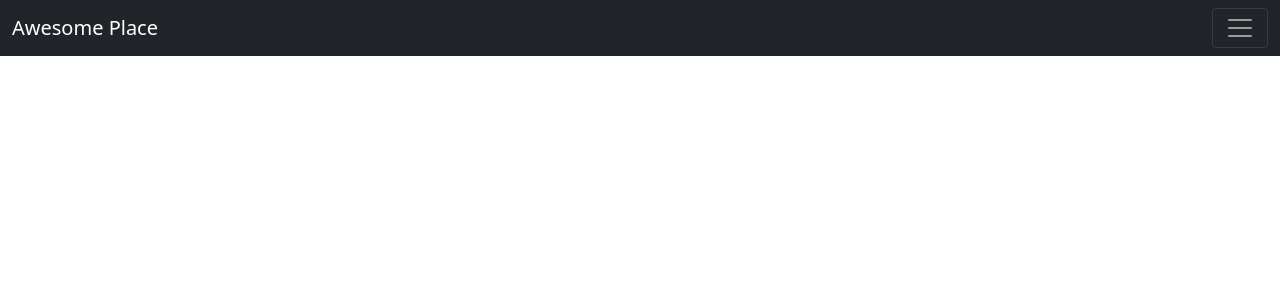
Repository: sikim0629/AwesomePlace
Page: http://localhost/awesomePlace/main.jsp
The author's editor kept a copy of each file at every save. The page is drawn from the files as they stood at one save, then again after the next save.
The browser window is 1280 px wide. The pictures show the whole page.
The page is served by Tomcat 9. Nobody is signed in. The application's start-up code is not run. Other server files are loaded and not shown.

Above is the page before, as saved 2021-11-12 09:50:42.

### awesomePlace/WebContent/main.jsp
<%@ page language="java" contentType="text/html; charset=UTF-8"
    pageEncoding="UTF-8"%>
<!DOCTYPE html>
<html>
<head>
<meta charset="UTF-8">
<title>Insert title here</title>
</head>
<body>
<%@ include file = "/header.jsp" %>



<%@ include file = "/footer.jsp" %>

</body>
</html>

### awesomePlace/WebContent/header.jsp
<%@ page language="java" contentType="text/html; charset=UTF-8"
    pageEncoding="UTF-8"%>
<!doctype html>
<html lang="en">
  <head>
    <!-- Required meta tags -->
    <meta charset="utf-8">
    <meta name="viewport" content="width=device-width, initial-scale=1">

    <!-- Bootstrap CSS -->
    <link href="https://cdn.jsdelivr.net/npm/bootstrap@5.1.3/dist/css/bootstrap.min.css" rel="stylesheet" integrity="sha384-1BmE4kWBq78iYhFldvKuhfTAU6auU8tT94WrHftjDbrCEXSU1oBoqyl2QvZ6jIW3" crossorigin="anonymous">

    <title>어썸플레이스</title>
  </head>
  <body>
	<nav class="navbar navbar-dark bg-dark">
  		<div class="container-fluid">
    		<a class="navbar-brand" href="/index.html">Awesome Place</a>
    		<button class="navbar-toggler" type="button" data-bs-toggle="collapse" data-bs-target="#navbarNavDropdown" aria-controls="navbarNavDropdown" aria-expanded="false" aria-label="Toggle navigation">
      			<span class="navbar-toggler-icon"></span>
    		</button>
	    <div class="collapse navbar-collapse" id="navbarNavDropdown">
	      <ul class="navbar-nav">
	        <li class="nav-item dropdown">
	          <a class="nav-link dropdown-toggle" href="#" id="navbarDropdownMenuLink" role="button" data-bs-toggle="dropdown" aria-expanded="false">
	            INTRODUCE
	          </a>
	          <ul class="dropdown-menu" aria-labelledby="navbarDropdownMenuLink">
	            <li><a class="dropdown-item" href="#">카페소개</a></li>
	            <li><a class="dropdown-item" href="#">매장찾기</a></li>
	          </ul>
	        </li>
	        <li class="nav-item dropdown">
	          <a class="nav-link dropdown-toggle" href="#" id="navbarDropdownMenuLink" role="button" data-bs-toggle="dropdown" aria-expanded="false">
	            MENU
	          </a>
	          <ul class="dropdown-menu" aria-labelledby="navbarDropdownMenuLink">
	            <li><a class="dropdown-item" href="#">COFFEE</a></li>
	            <li><a class="dropdown-item" href="#">TEA</a></li>
	            <li><a class="dropdown-item" href="#">JUICE</a></li>
	          </ul>
	        </li>
	        <li class="nav-item dropdown">
	          <a class="nav-link dropdown-toggle" href="#" id="navbarDropdownMenuLink" role="button" data-bs-toggle="dropdown" aria-expanded="false">
	            NEWS
	          </a>
	          <ul class="dropdown-menu" aria-labelledby="navbarDropdownMenuLink">
	            <li><a class="dropdown-item" href="#">공지사항</a></li>
	            <li><a class="dropdown-item" href="#">이달의 이벤트</a></li>
	            <li><a class="dropdown-item" href="#">이달의 메뉴</a></li>
	          </ul>
	        </li>
	      </ul>
	    </div>
	  </div>
</nav>

    <script src="https://cdn.jsdelivr.net/npm/bootstrap@5.1.3/dist/js/bootstrap.bundle.min.js" integrity="sha384-ka7Sk0Gln4gmtz2MlQnikT1wXgYsOg+OMhuP+IlRH9sENBO0LRn5q+8nbTov4+1p" crossorigin="anonymous"></script>

  </body>
</html>

Loaded but not shown: awesomePlace/WebContent/footer.jsp (common file)

After the next save:
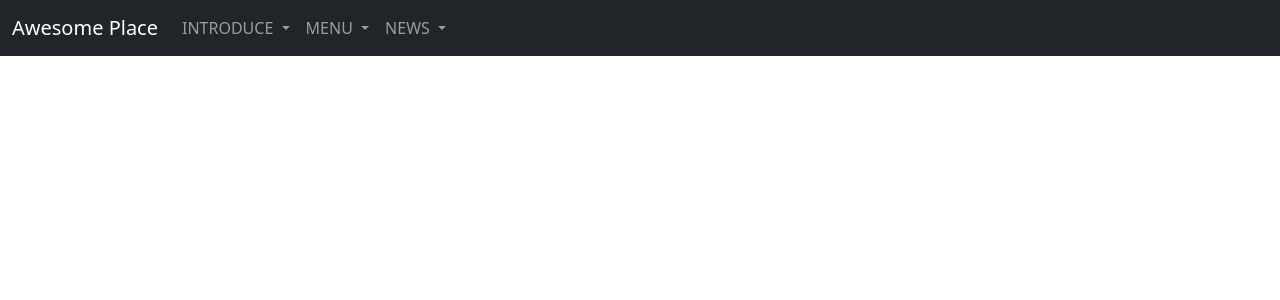
Saved 12 s later.
--- a/awesomePlace/WebContent/header.jsp
+++ b/awesomePlace/WebContent/header.jsp
@@ -13,7 +13,7 @@
     <title>어썸플레이스</title>
   </head>
   <body>
-	<nav class="navbar navbar-dark bg-dark">
+	<nav class="navbar navbar-expand-lg navbar-dark bg-dark">
   		<div class="container-fluid">
     		<a class="navbar-brand" href="/index.html">Awesome Place</a>
     		<button class="navbar-toggler" type="button" data-bs-toggle="collapse" data-bs-target="#navbarNavDropdown" aria-controls="navbarNavDropdown" aria-expanded="false" aria-label="Toggle navigation">
